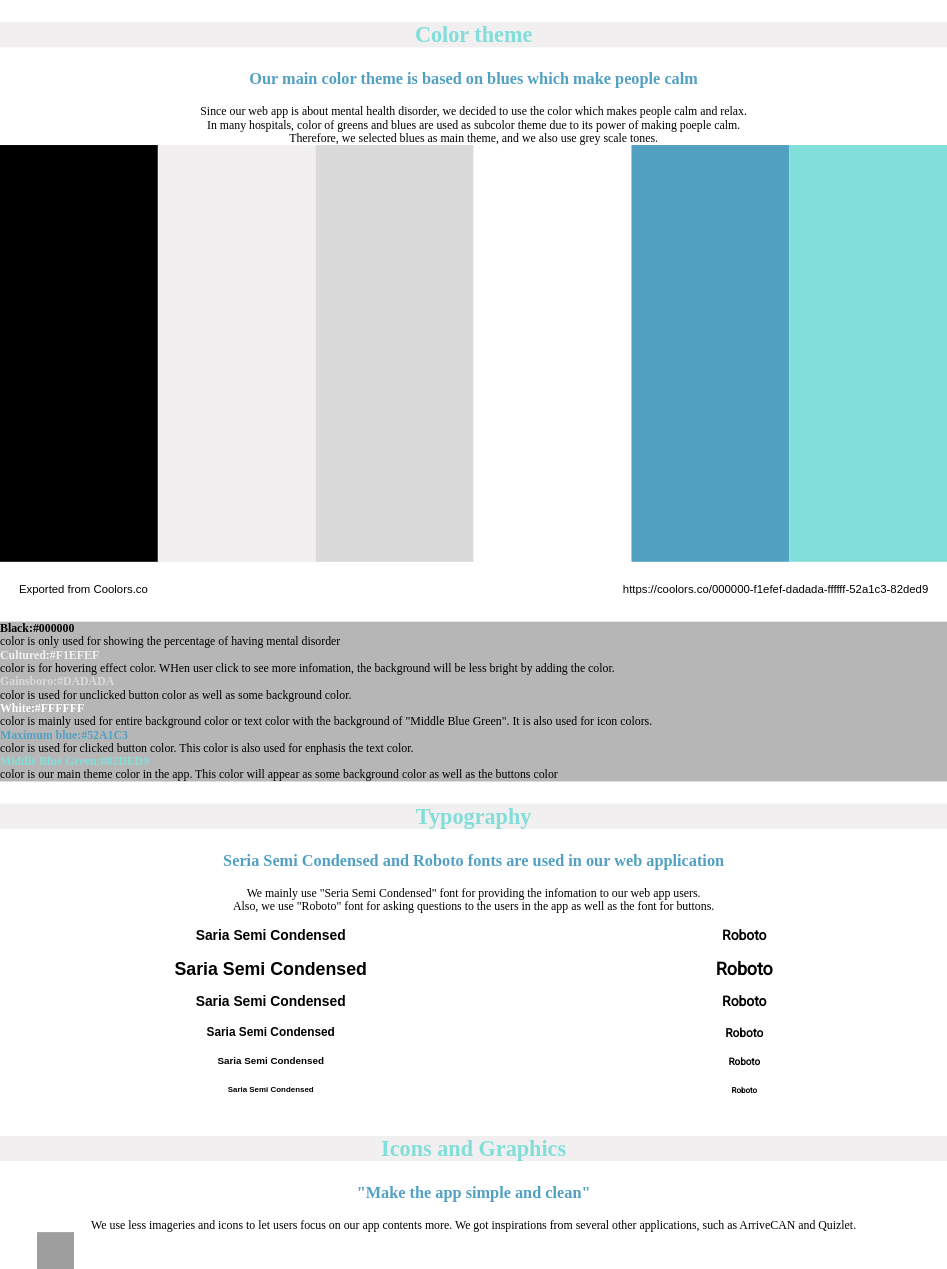
Repository: zzs1/style-guide
Page: style guide/Chisaki_styleGuide_part2/index.html
These files come from the project's save history. The page is drawn as it stood at one moment and after a run of saves; the edit follows.
The browser window is 1280 px wide. The pictures show the whole page, at 74% of full size.
Pictures or frames that could not be fetched are drawn as grey boxes. Some web fonts or font styles are not loaded; a fallback is used.

Above is the page before, as saved 2021-03-21 20:53:18.

### style guide/Chisaki_styleGuide_part2/index.html
<!DOCTYPE html>
<html lang="en">
<head>
  <meta charset="UTF-8">
  <meta name="viewport" content="width=device-width, initial-scale=1.0">
  <title>Style guide - Colour Palette & Typography, Imagery, Graphics -</title>
  <link href ="style.css" rel="stylesheet" />
  <link href="https://fonts.googleapis.com/css2?family=Saira+Semi+Condensed:wght@500&display=swap" rel="stylesheet">
  <link href="https://fonts.googleapis.com/css2?family=Roboto&display=swap" rel="stylesheet">
</head>
<body>
  <div id="main">
    <article>
      <!--Color theme section starts-->
      <section>
        <h1 class="title">Color theme</h1>
        <h3 class="subtitle">Our main color theme is based on blues which make people calm</h3>
        <p>
          Since our web app is about mental health disorder, we decided to use the color which makes people calm and relax.<br>
          In many hospitals, color of greens and blues are used as subcolor theme due to its power of making poeple calm.<br>
          Therefore, we selected blues as main theme, and we also use grey scale tones.
        </p>
        <div id="colorbox">
          <img src="palette.svg" alt="color pallette">
          <p style="background-color: rgb(183, 182, 182); text-align: left; display: flex; flex-direction: column;">
            <strong style="color:#000000;">Black:#000000</strong> color is only used for showing the percentage of having mental disorder<br>
            <strong style="color:#F1EFEF;">Cultured:#F1EFEF</strong> color is for hovering effect color. WHen user click to see more infomation, the background will be less bright by adding the color.<br>
            <strong style="color:#DADADA;">Gainsboro:#DADADA</strong> color is used for unclicked button color as well as some background color.<br>
            <strong style="color:#FFFFFF;">White:#FFFFFF</strong> color is mainly used for entire background color or text color with the background of "Middle Blue Green". It is also used for icon colors.<br>
            <strong style="color:#52A1C3;">Maximum blue:#52A1C3</strong> color is used for clicked button color. This color is also used for enphasis the text color.<br>
            <strong style="color:#82DED9;">Middle Blue Green:#82DED9</strong> color is our main theme color in the app. This color will appear as some background color as well as the buttons color<br>
          </p>
        </div>
      </section>

      <!--typography section starts-->
      <section id="typo">
        <h1 class="title">Typography</h1>
        <h3 class="subtitle">
          Seria Semi Condensed and Roboto fonts are used in our web application
        </h3>
        <p>
          We mainly use "Seria Semi Condensed" font for providing the infomation to our web app users.<br>
          Also, we use "Roboto" font for asking questions to the users in the app as well as the font for buttons.<br>
        </p>
        <div id="typobox">
          <div id="saria">
            <h1>Saria Semi Condensed</h1>
            <h2>Saria Semi Condensed</h2>
            <h3>Saria Semi Condensed</h3>
            <h4>Saria Semi Condensed</h4>
            <h5>Saria Semi Condensed</h5>
            <h6>Saria Semi Condensed</h6>
          </div>
          <div id="roboto">
            <h1>Roboto</h1>
            <h2>Roboto</h2>
            <h3>Roboto</h3>
            <h4>Roboto</h4>
            <h5>Roboto</h5>
            <h6>Roboto</h6>
          </div>
      </div>
      </section>

      <!--icon section starts-->
      <section>
        <h1 class="title">Icons and Graphics</h1>
        <h3 class="subtitle">
          "Make the app simple and clean"
        </h3>
        <p>
          We use less imageries and icons to let users focus on our app contents more. We got inspirations from several other applications, such as ArriveCAN and Quizlet.
        </p>
        <div id="iconbox">
          <img src="home_white.png" alt="home icon" width="50px" height="50px" />
          <img src="back.svg" alt="back home arrow" width="50px" height="50px" />
        </div>
        <div id="graphicbox">

        </div>
      </section>
  </article>
  </div>
</body>
</html>

### style guide/Chisaki_styleGuide_part2/style.css
body, html{
  margin:0;
  text-align:center;
}
p{
  margin:0;
}
.title{
  font-size:30px;
  color:#82DED9;
  background-color: #F1EFEF;
}
.subtitle{
  font-size:22px;
  color:#52A1C3;
}

#typobox{
  display:flex;

}
#saria {
  font-family: 'Saira Semi Condensed', sans-serif;
  flex-grow: 1;

}
#roboto {
  font-family: 'Roboto', sans-serif;
  flex-grow: 1;
}
#iconbox {
  display:flex;

}

After the next 3 saves:
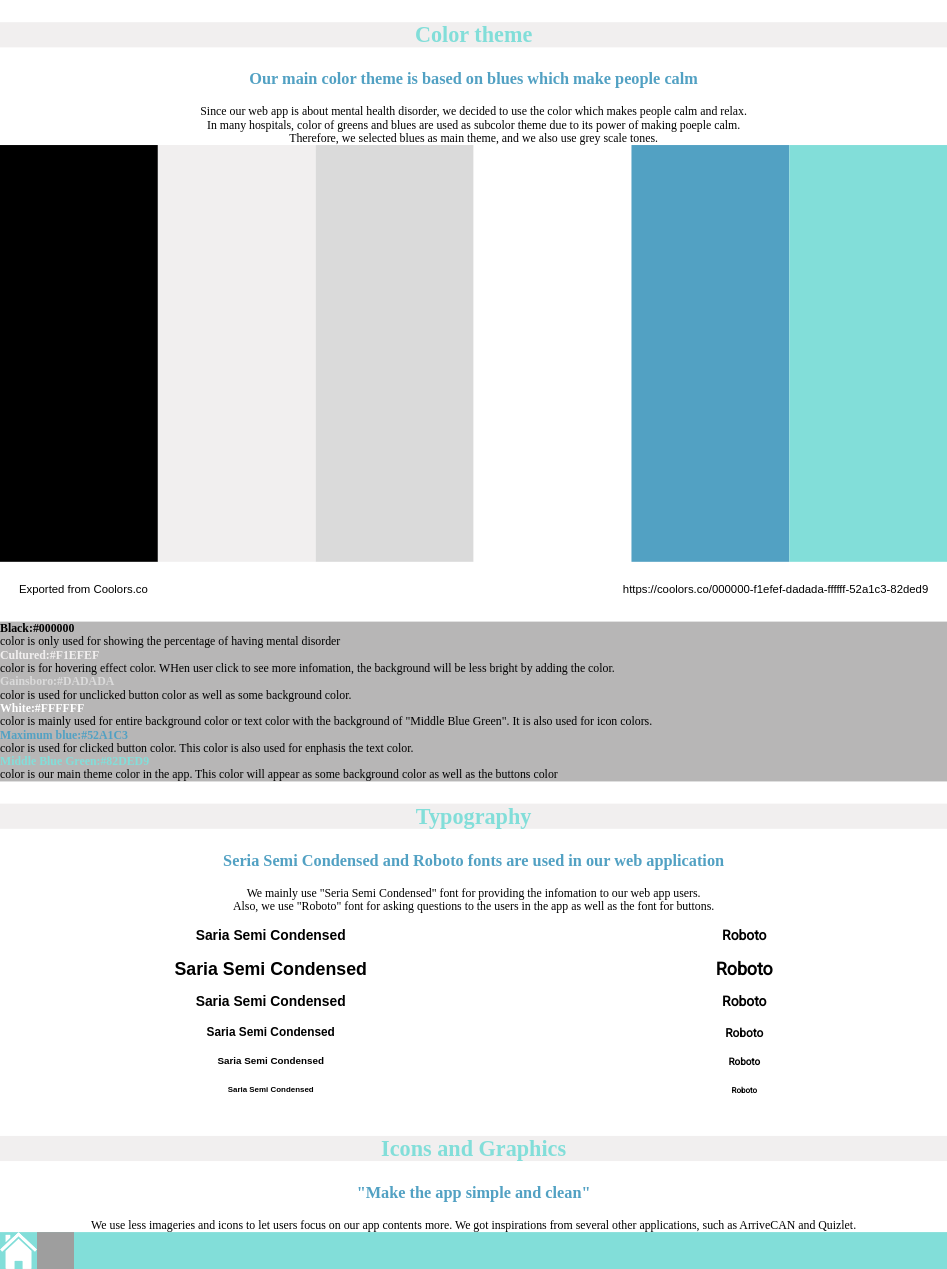
The 3 saves are shown as one change because they came seconds apart.
The last was saved 33 s later.
--- a/style guide/Chisaki_styleGuide_part2/style.css
+++ b/style guide/Chisaki_styleGuide_part2/style.css
@@ -30,5 +30,5 @@
 }
 #iconbox {
   display:flex;
-
+  background-color: #82DED9;
 }

After the save that followed:
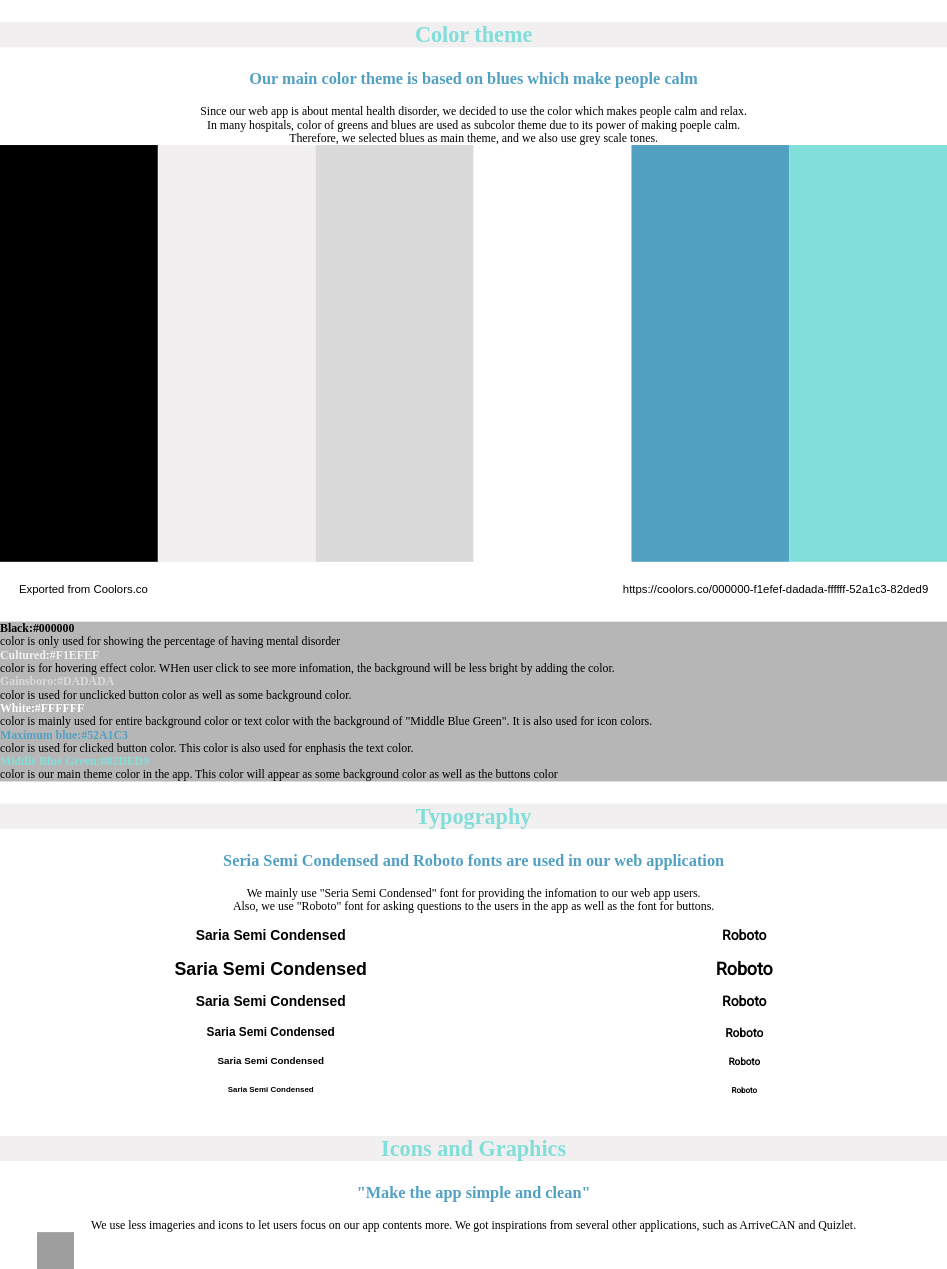
Saved 32 s later.
--- a/style guide/Chisaki_styleGuide_part2/style.css
+++ b/style guide/Chisaki_styleGuide_part2/style.css
@@ -30,5 +30,6 @@
 }
 #iconbox {
   display:flex;
+  just
   background-color: #82DED9;
 }
